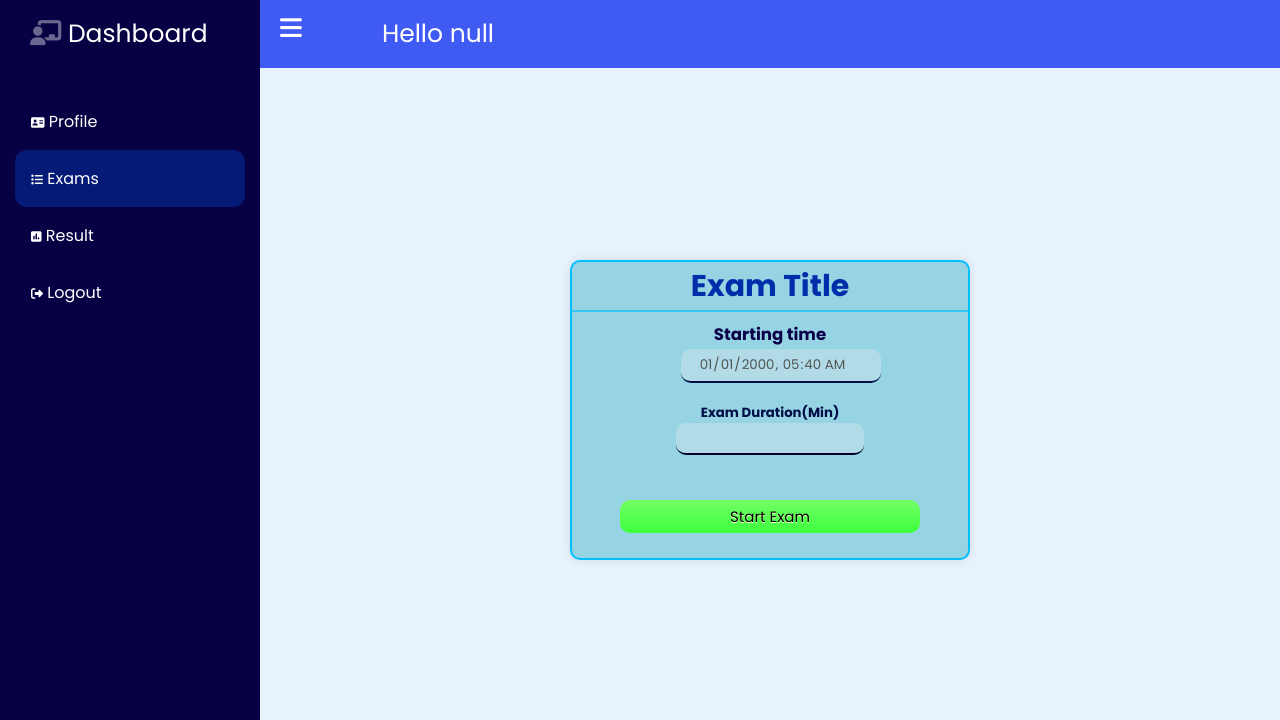
Repository: Buddhadip/ExamPortalApp_struts
Page: http://localhost/ExamWizard/WEB-INF/views/studentExams.jsp
These files come from the project's save history. The page is drawn as it stood at one moment and after the next save; the edit follows.
The browser window is 1280 px wide. The pictures show the whole page.
The page is served by Tomcat 9. Nobody is signed in. The template is opened directly, without the code that normally fills it, so the values that code supplies are empty.

Above is the page before, as saved 2023-07-19 09:47:02.

After the next save:
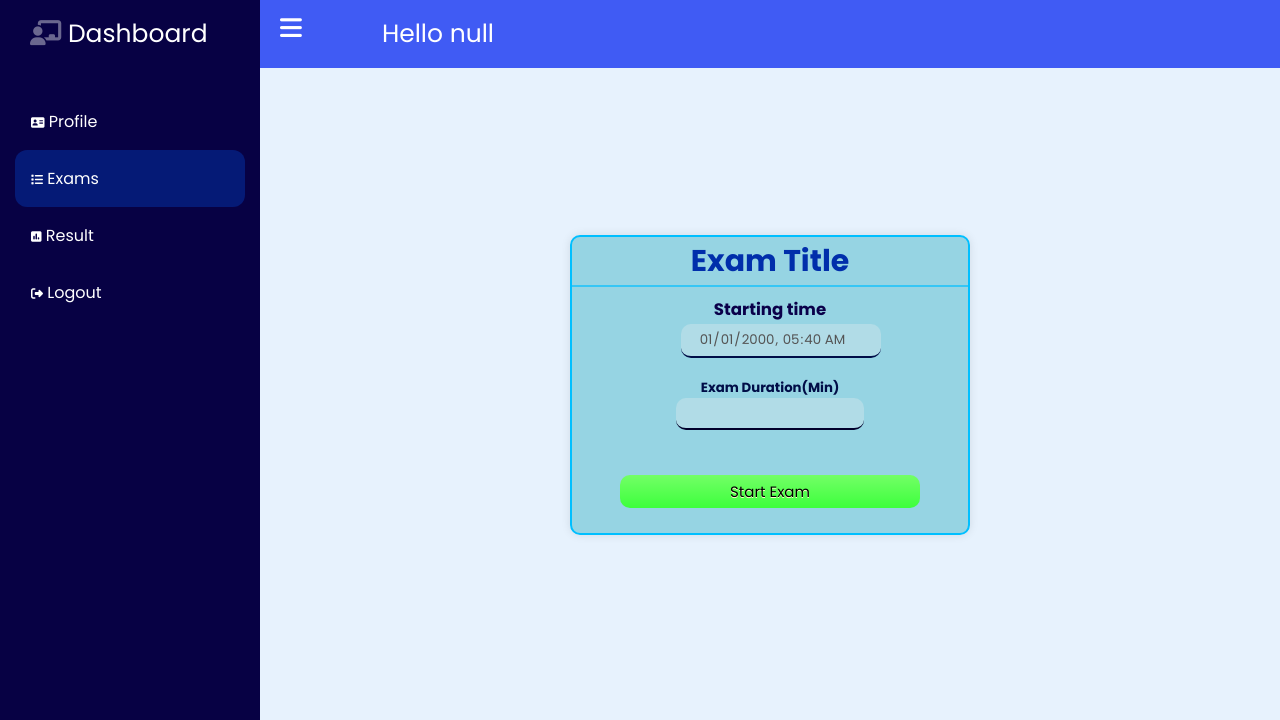
Saved 15 s later.
--- a/ExamWizard/src/main/webapp/public/styles/studentHome.css
+++ b/ExamWizard/src/main/webapp/public/styles/studentHome.css
@@ -135,7 +135,7 @@ body{
   overflow-y:scroll;
   background: #e7f2fd;
   flex-direction:column;
-  padding-top:100px;
+  padding-top:50px;
 }
 .main h1 {
   color: #11101d;
